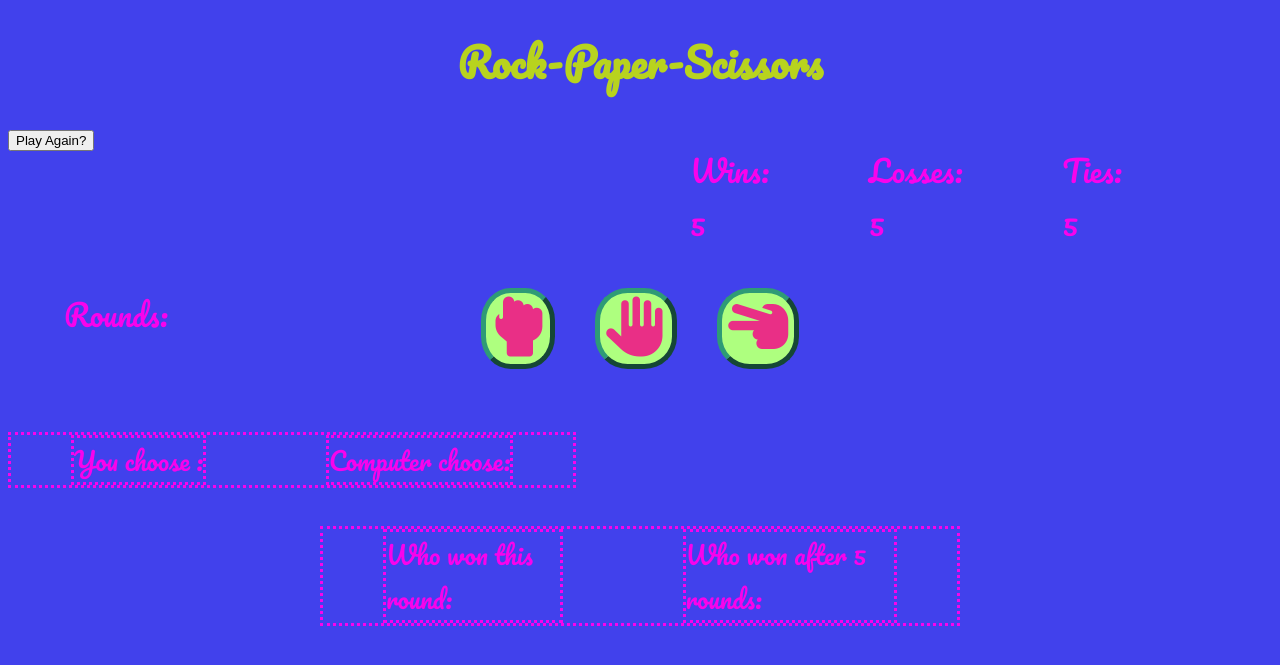
Repository: 0101chaitanya/Rock-Paper-Scissors
Page: index.html
The author's editor kept a copy of each file at every save. The page is drawn from the files as they stood at one save, then again after the next save.
The browser window is 1280 px wide. The pictures show the whole page.
Some web libraries are served in a nearby version.

Above is the page before, as saved 2021-05-15 01:21:17.
Not found: linkk.js

### index.html
<!DOCTYPE html>
<html>

<head>
    <meta charset="utf-8">
    <title>Rock-Paper-Scissors</title>
    <link rel="stylesheet" href="style.css">
    <script src="https://kit.fontawesome.com/3dcaf9f6de.js" crossorigin="anonymous"></script>
    <link rel="preconnect" href="https://fonts.gstatic.com">
    <link href="https://fonts.googleapis.com/css2?family=Pacifico&display=swap" rel="stylesheet">
</head>

<body>
    <h1 id="welcome">Rock-Paper-Scissors</h1>
    <div id="div1">
        <span id="wins" class="score">Wins: 5</span>
        <span id="losses" class="score">Losses: 5</span>
        <span id="ties" class="score">Ties: 5</span>
    </div>
    <div id="div2">
        <span id="rounds">Rounds:</span>
    </div>
    <div id="div3">
        <button class="square" id="holder1" href="#"><i class="fas fa-hand-rock"></i></button>
        <button class="square" id="holder2" href="#"><i class="fas fa-hand-paper"></i></button>
        <button class="square" id="holder3" href="#"><i class="fas fa-hand-scissors"></i></button>
    </div>
    <div id="div4">
        <span id="you" class="player">You choose :</span>
        <span id="computer" class="player">Computer choose:</span>
    </div>
    <div id="div5">
        <span id="roundwin" class="round">Who won this round:</span>
        <span id="round5er" class="round">Who won after 5 rounds:</span>
    </div>
    <button id="repeat">Play Again?</button>
    <script type="text/javascript" src="linkk.js"></script>
</body>

</html>

### style.css
html{
    margin: 0;
    font-family: 'Pacifico', cursive;
    background-color:rgb(65, 65, 236);
display: block;
}

h1  {
       text-align: center;
     color:rgb(184, 211, 30) ;
    font-size: 40px;
}
#div1{
     display: flex;
     justify-content: space-evenly;
     font-size: 30px;
     color:rgb(248, 3, 236);
    position : fixed;
    top: 20%;
    left: 50%;
    right: 50%;
    }
.score {
        margin: auto 50px ;
    }
#div2 {
     display: flex;
     justify-content: space-evenly;
     font-size: 30px;
     color:rgb(248, 3, 236);
    position : fixed;
    top: 40%;
    left: 5%;
}
 #div3 {
display: flex;
flex-direction: row;
justify-content:center;
position: fixed;
top: 40%;
align-content: center;
left: 50%;
right: 50%;
padding:0;
  }
.square{
    background-color: rgb(174, 255, 127);
    font-size: 60px;
    display: inline-block;
color: rgb(233, 47, 134);
border-radius: 40%;
border-width: 5px;
border-color:rgb(46, 155, 118);
margin:auto 20px;
}
#div4 {
     display: flex;
     flex-direction: row;
     justify-content: center;
     font-size: 25px;
     color:rgb(248, 3, 236);
    position : fixed;
    top: 60%;
    padding: auto;
    border-style:dotted;

}
.player {
    margin: auto 60px;
    display: flex;
    flex-direction: row;
    border-style:dotted;
    flex-wrap: nowrap;
left:200;
}
#div5 {
     display: flex;
     flex-direction: row;
     justify-content: center;
     font-size: 25px;
     color:rgb(248, 3, 236);
    position : fixed;
    top: 73%;
    left: 25%;
    right: 25%;
    padding: auto;
    border-style:dotted;

}
.round {
    margin: auto 60px;
    display: flex;
    flex-direction: row;
    border-style:dotted;
    flex-wrap: nowrap;
}

After the next save:
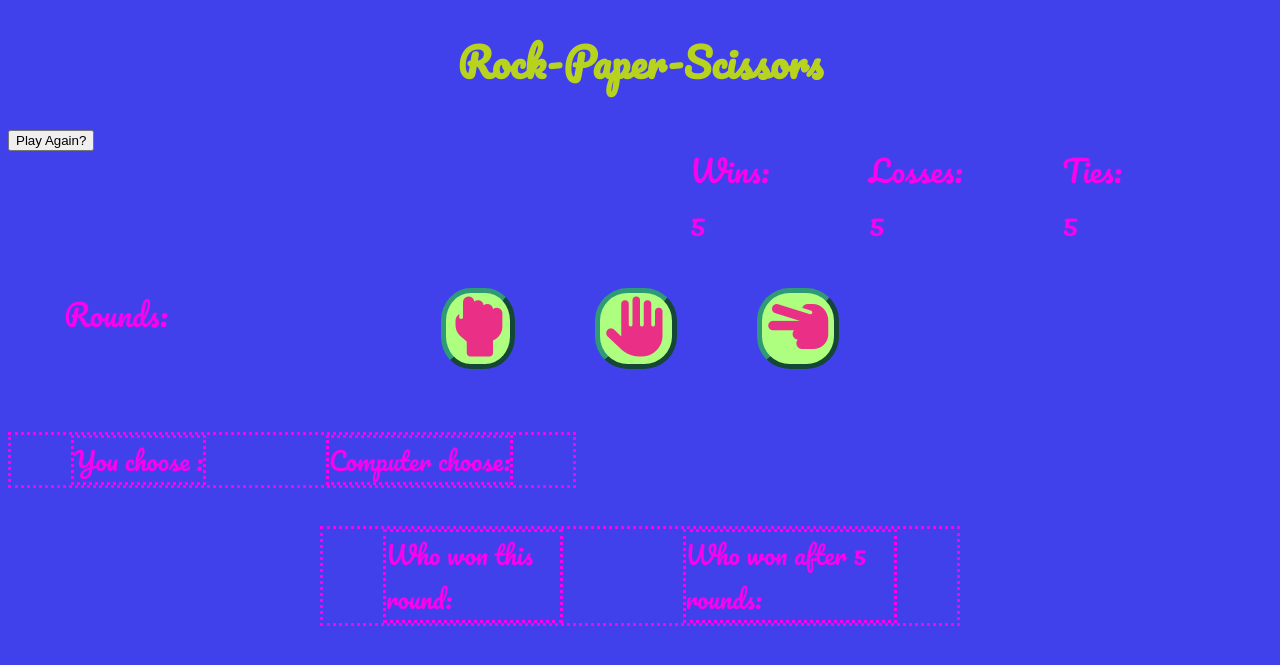
Saved 5 s later.
--- a/style.css
+++ b/style.css
@@ -51,7 +51,7 @@ color: rgb(233, 47, 134);
 border-radius: 40%;
 border-width: 5px;
 border-color:rgb(46, 155, 118);
-margin:auto 20px;
+margin:auto 40px;
 }
 #div4 {
      display: flex;
